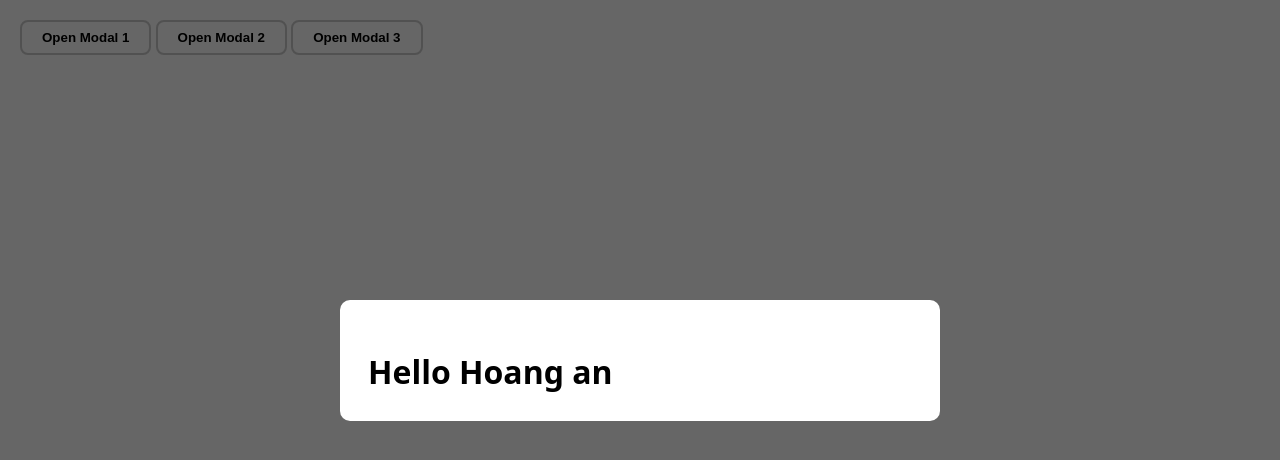
Repository: hoangan3526/Javascript-project
Page: index.html
These files come from the project's save history. The page is drawn as it stood at one moment and after the next save; the edit follows.
The browser window is 1280 px wide. The pictures show the whole page.

Above is the page before, as saved 2026-04-08 08:59:57.

After the next save:
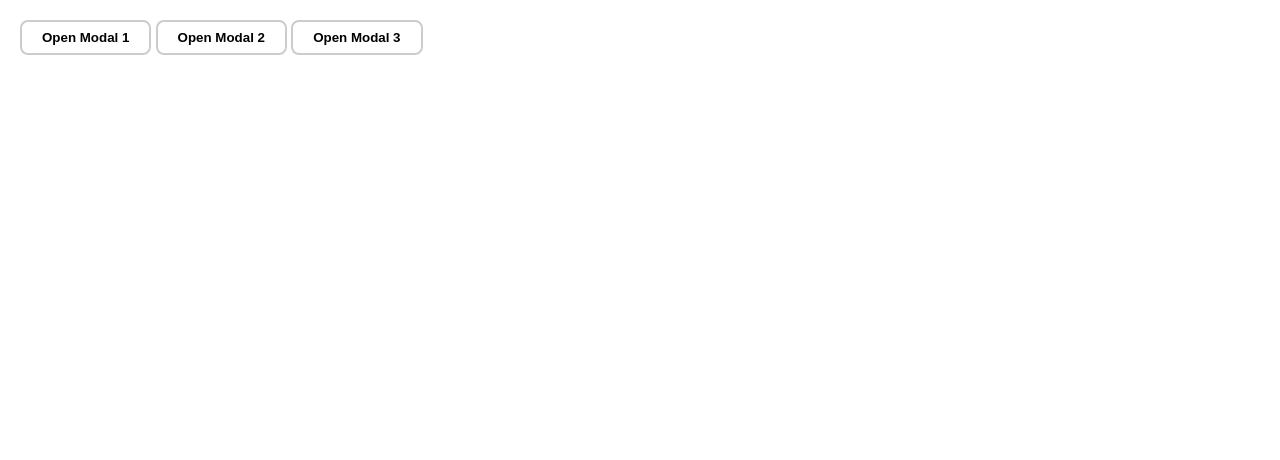
Console error: SyntaxError: Unexpected token '}'
Saved 75 s later.
--- a/main.js
+++ b/main.js
@@ -11,8 +11,8 @@
         container.className = 'modal-container';
 
         const closeBtn = document.createElement('button');
-        close.className= 'modal-close';
-        close.innerHTML = "&times";
+        closeBtn.className= 'modal-close';
+        closeBtn.innerHTML = "&times";
 
         const modalContent = document.createElement('div');
         modalContent.className= "modal-content";
@@ -25,6 +25,8 @@
         setTimeout(() => {
             backdrop.classList.add('show');
         }, 100);
+
+        closeBtn.onclick = () =>
     }
 }
 

After the 2 saves that followed:
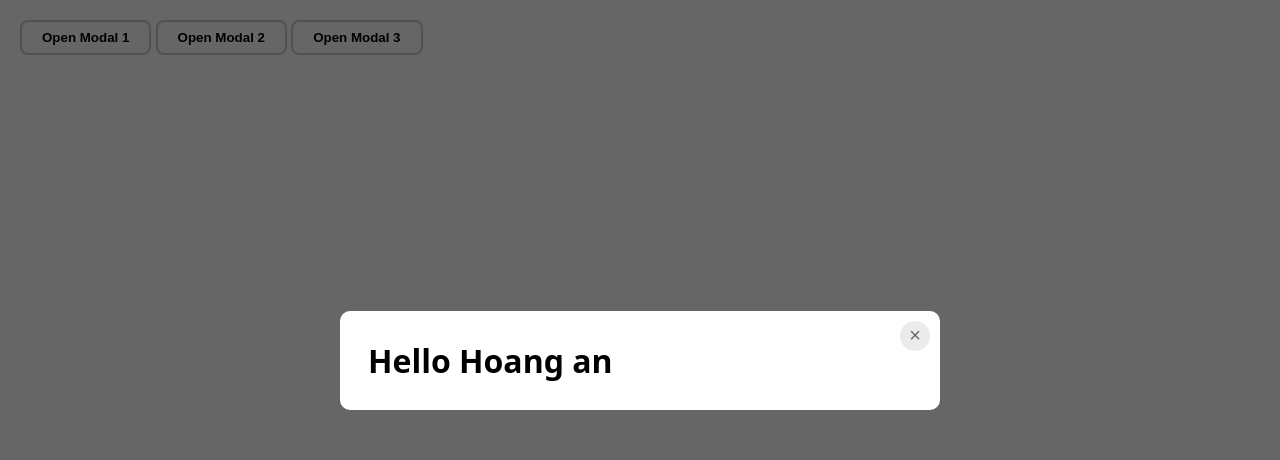
The error is gone.
The 2 saves are shown as one change because 1 left the picture as it was.
The last was saved 29 s later.
--- a/main.js
+++ b/main.js
@@ -24,9 +24,9 @@
 
         setTimeout(() => {
             backdrop.classList.add('show');
-        }, 100);
+        }, 0);
 
-        closeBtn.onclick = () =>
+
     }
 }
 
